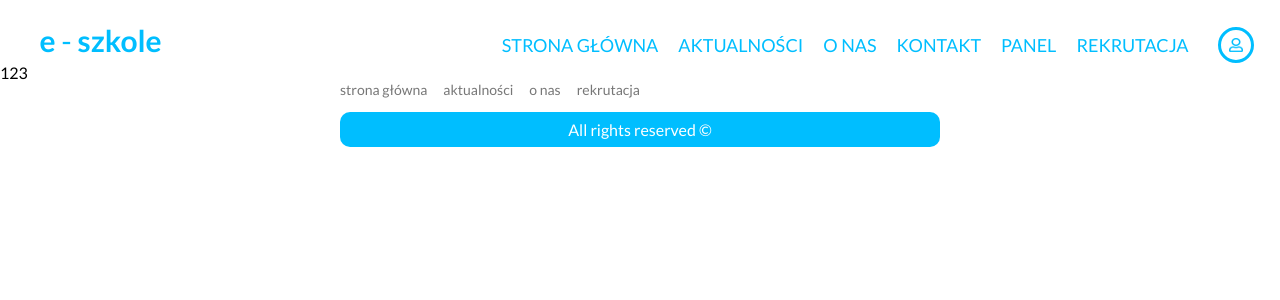
Repository: Votex874/e-szkole
Page: /kontakt (app in app/)
An editor plug-in stored every save of this project. The page is shown before and after a run of saves, followed by the edit.
The browser window is 1280 px wide. The pictures show the whole page.
The project was rebuilt for these pictures with package versions that can differ from the ones it lists, and the page was loaded fresh each time. Also part of the build but not shown: app/src/components/News/Title/index.js, app/src/components/News/Content/index.js, app/src/components/News/Avatar/index.js, app/src/components/News/Footer/index.js, app/src/components/SectionTitle/index.js, app/src/components/News/index.js, app/src/components/AboutUs/Content/index.js, app/src/components/AboutUs/index.js and 9 more.

Above is the page before, as saved 2019-02-25 19:56:33.

### app/src/index.js
import React from 'react';
import ReactDOM from 'react-dom';
import App from './App';
import * as serviceWorker from './serviceWorker';
import { createStore } from 'redux';
import { Provider } from 'react-redux';
import rootReducer from './reducers/rootReducer'

const store = createStore(rootReducer);

ReactDOM.render(<Provider store={store}><App /></Provider>, document.getElementById('root'));

// If you want your app to work offline and load faster, you can change
// unregister() to register() below. Note this comes with some pitfalls.
// Learn more about service workers: http://bit.ly/CRA-PWA
serviceWorker.unregister();

### app/src/App.js
import React, { Component } from 'react';
import { Route, BrowserRouter, Switch } from 'react-router-dom'
import './reset.scss'

import Home from './containers/Home/index'
import Login from './containers/Login/index'
import Contact from './containers/Contact/index'

class App extends Component {
  render() {
    return (
      <BrowserRouter>
        <Switch>
          <Route exact path='/' component={Home} />
          <Route path='/login' component={Login} />
          <Route path='/kontakt' component={Contact} />
        </Switch>
      </BrowserRouter>
    );
  }
}

export default App;

### app/src/reducers/rootReducer.js
const initState = {
  links: {
    home: {
      name: 'strona główna',
      url: '/',
      basic: 'true'
    },
    news: {
      name: 'aktualności',
      url: '/blog',
      basic: 'true'
    },
    about: {
      name: 'o nas',
      url: '/o-nas',
      basic: 'true'
    },
    contact: {
      name: 'kontakt',
      url: '/kontakt',
      basic: 'false'
    },
    panel: {
      name: 'panel',
      url: '/panel',
      basic: 'false'
    },
    recruitment: {
      name: 'rekrutacja',
      url: '/rekrutacja',
      basic: 'true'
    }
  },
  news: {
    1: {
      date: '24 03 2018',
      author: 'Jan Wojnicki',
      title: 'Żegnamy marzanne',
      imageName: 'news01',
      content: 'Lorem ipsum dolor sit amet, consectetur adipiscing elit. Donec sem        metus, convallis non justo ut, pharetra pulvinar justo. Morbi ac tellus           fringilla lorem eleifend convallis non sit amet nulla. Maecenas facilisis magna   at bibendum rutrum. Pellentesque maximus erat sit amet tortor pellentesque        lobortis. Nunc id tortor nibh. Maecenas pellentesque arcu erat, nec imperdiet     est luctus in. Donec congue, enim sit amet elementum tempus, nunc elit vehicula   orci, eu volutpat metus libero eu ligula. Nunc pretium lobortis metus sit amet    luctus. Ut vel felis interdum, facilisis odio in, placerat nunc. Nulla            facilisi. Phasellus bibendum vitae est sit amet vestibulum. Praesent vehicula     nunc malesuada augue gravida gravida. Sed id nisl consectetur, venenatis metus    ut, viverra justo. Sed fringilla ligula non est aliquam, quis ullamcorper mi      malesuada. Vivamus tincidunt luctus quam id porttitor.',
    },
    2: {
      date: '01 06 2018',
      author: 'Sebastian Karolski',
      title: 'Przygotowania do wakacji',
      imageName: 'news02',
      content: 'Lorem ipsum dolor sit amet, consectetur adipiscing elit. Donec sem        metus, convallis non justo ut, pharetra pulvinar justo. Morbi ac tellus           fringilla lorem eleifend convallis non sit amet nulla. Maecenas facilisis magna   at bibendum rutrum. Pellentesque maximus erat sit amet tortor pellentesque        lobortis. Nunc id tortor nibh. Maecenas pellentesque arcu erat, nec imperdiet     est luctus in. Donec congue, enim sit amet elementum tempus, nunc elit vehicula   orci, eu volutpat metus libero eu ligula. Nunc pretium lobortis metus sit amet    luctus. Ut vel felis interdum, facilisis odio in, placerat nunc. Nulla            facilisi. Phasellus bibendum vitae est sit amet vestibulum. Praesent vehicula     nunc malesuada augue gravida gravida. Sed id nisl consectetur, venenatis metus    ut, viverra justo. Sed fringilla ligula non est aliquam, quis ullamcorper mi      malesuada. Vivamus tincidunt luctus quam id porttitor.',
    },
    3: {
      date: '24 03 2018',
      author: 'Jan Wojnicki',
      title: 'Żegnamy marzanne',
      imageName: 'news01',
      content: 'Lorem ipsum dolor sit amet, consectetur adipiscing elit. Donec sem        metus, convallis non justo ut, pharetra pulvinar justo. Morbi ac tellus           fringilla lorem eleifend convallis non sit amet nulla. Maecenas facilisis magna   at bibendum rutrum. Pellentesque maximus erat sit amet tortor pellentesque        lobortis. Nunc id tortor nibh. Maecenas pellentesque arcu erat, nec imperdiet     est luctus in. Donec congue, enim sit amet elementum tempus, nunc elit vehicula   orci, eu volutpat metus libero eu ligula. Nunc pretium lobortis metus sit amet    luctus. Ut vel felis interdum, facilisis odio in, placerat nunc. Nulla            facilisi. Phasellus bibendum vitae est sit amet vestibulum. Praesent vehicula     nunc malesuada augue gravida gravida. Sed id nisl consectetur, venenatis metus    ut, viverra justo. Sed fringilla ligula non est aliquam, quis ullamcorper mi      malesuada. Vivamus tincidunt luctus quam id porttitor.',
    },
    4: {
      date: '24 03 2018',
      author: 'Jan Wojnicki',
      title: 'Żegnamy marzanne',
      imageName: 'news01',
      content: 'Lorem ipsum dolor sit amet, consectetur adipiscing elit. Donec sem        metus, convallis non justo ut, pharetra pulvinar justo. Morbi ac tellus           fringilla lorem eleifend convallis non sit amet nulla. Maecenas facilisis magna   at bibendum rutrum. Pellentesque maximus erat sit amet tortor pellentesque        lobortis. Nunc id tortor nibh. Maecenas pellentesque arcu erat, nec imperdiet     est luctus in. Donec congue, enim sit amet elementum tempus, nunc elit vehicula   orci, eu volutpat metus libero eu ligula. Nunc pretium lobortis metus sit amet    luctus. Ut vel felis interdum, facilisis odio in, placerat nunc. Nulla            facilisi. Phasellus bibendum vitae est sit amet vestibulum. Praesent vehicula     nunc malesuada augue gravida gravida. Sed id nisl consectetur, venenatis metus    ut, viverra justo. Sed fringilla ligula non est aliquam, quis ullamcorper mi      malesuada. Vivamus tincidunt luctus quam id porttitor.',
    },
    5: {
      date: '01 06 2018',
      author: 'Sebastian Karolski',
      title: 'Przygotowania do wakacji',
      imageName: 'news02',
      content: 'Lorem ipsum dolor sit amet, consectetur adipiscing elit. Donec sem        metus, convallis non justo ut, pharetra pulvinar justo. Morbi ac tellus           fringilla lorem eleifend convallis non sit amet nulla. Maecenas facilisis magna   at bibendum rutrum. Pellentesque maximus erat sit amet tortor pellentesque        lobortis. Nunc id tortor nibh. Maecenas pellentesque arcu erat, nec imperdiet     est luctus in. Donec congue, enim sit amet elementum tempus, nunc elit vehicula   orci, eu volutpat metus libero eu ligula. Nunc pretium lobortis metus sit amet    luctus. Ut vel felis interdum, facilisis odio in, placerat nunc. Nulla            facilisi. Phasellus bibendum vitae est sit amet vestibulum. Praesent vehicula     nunc malesuada augue gravida gravida. Sed id nisl consectetur, venenatis metus    ut, viverra justo. Sed fringilla ligula non est aliquam, quis ullamcorper mi      malesuada. Vivamus tincidunt luctus quam id porttitor.',
    }
  },
  list: [
    'Cieszy się dobrym zdrowiem',
    'Zawsze mówi prawdę',
    'Lubi pracę twórczą',
    'Radzi sobie z czynnościami samoobsługowymi',
    'Jest zawsze aktywny',
    'Jest radosny i uśmiechnięty',
    'Jest otwarty na otaczający go świat',
    'To dobry kolega',
    'Niesie pomoc potrzebującym',
    'Rozróźnia dobro od zła',
    'Posiada odpowiednie umiejętności i sprawności do podjęcia nauki w szkole',
  ]
}

const rootReducer = (state = initState, action) => {
  return state
}

export default rootReducer

### app/src/reset.scss
html, body, div, span, applet, object, iframe,
h1, h2, h3, h4, h5, h6, p, blockquote, pre,
a, abbr, acronym, address, big, cite, code,
del, dfn, em, img, ins, kbd, q, s, samp,
small, strike, strong, sub, sup, tt, var,
b, u, i, center,
dl, dt, dd, ol, ul, li,
fieldset, form, label, legend,
table, caption, tbody, tfoot, thead, tr, th, td,
article, aside, canvas, details, embed,
figure, figcaption, footer, header, hgroup,
menu, nav, output, ruby, section, summary,
time, mark, audio, video {
	margin: 0;
	padding: 0;
	border: 0;
	font-size: 100%;
	font: inherit;
	vertical-align: baseline;
}
/* HTML5 display-role reset for older browsers */
article, aside, details, figcaption, figure,
footer, header, hgroup, menu, nav, section {
	display: block;
}
body {
	line-height: 1;
}
ol, ul {
	list-style: none;
}
blockquote, q {
	quotes: none;
}
blockquote:before, blockquote:after,
q:before, q:after {
	content: '';
	content: none;
}
table {
	border-collapse: collapse;
	border-spacing: 0;
}
@import url('https://fonts.googleapis.com/css?family=Lato:300,300i,400,400i,700&amp;subset=latin-ext');

 body {
	font-family: 'Lato', sans-serif;
 }

 a{
	 text-decoration: none;
 }

### app/src/containers/Contact/index.js
import React, { Component } from 'react'
import styled from 'styled-components'

import HeaderMain from '../../components/HeaderMain/index';
import Footer from '../../components/Footer/index'
import Form from '../../components/Form/index'

class Contact extends Component {
  render(){
    return (
      <React.Fragment>
        <HeaderMain />
        <Form />
        <Footer />
      </React.Fragment>
    )
  }
}

export default Contact

### app/src/components/HeaderMain/index.js
import React, { Component } from 'react';
import styled from 'styled-components'
import Logo from '../Logo/index'
import Navigation from '../Nav/index'
import Hamburger from '../Hamburger/index'

const Header = styled.header`
 max-width: 1400px;
 height: 100px;
 margin: 0 auto;
 display: flex;
 justify-content: space-between;
 align-items: center;
 box-sizing: border-box;
 margin-top: 15px;
 @media (max-width: 1400px){
   width: 96%;
   height: 50px;
   align-items: center;
 }
`

class HeaderMain extends Component {
  constructor(props){
    super(props)

    this.state = {
      width: 0
    }
  }

  componentDidMount = () => {
    this.updateWindowDimensions();
    window.addEventListener('resize', this.updateWindowDimensions);
  }

  componentWillUnmount = () => {
    window.removeEventListener('resize', this.updateWindowDimensions);
  }

  updateWindowDimensions = () => {
    this.setState({ width: window.innerWidth });
  }

  render() {
    const { width } = this.state;
    return (
      <Header>
        <Logo />
        { width <= 767 ? <Hamburger /> : <Navigation /> }
      </Header>
    );
  }
}

export default HeaderMain;

### app/src/components/Footer/index.js
import React, { Component } from 'react'
import styled from 'styled-components'
import FooterNav from './FooterNav/index'
import { lightBlue } from '../../constColors'

const FooterContainer = styled.footer`
  width: 600px;
  margin: 0 auto;
  @media (max-width: 767px){
    width: 100%;
  }
`

const FooterBanner = styled.div`
  background-color: ${lightBlue};
  display: flex;
  justify-content: center;
  align-items: center;
  color: #fff;
  margin: 15px auto;
  height: 35px;
  border-radius: 10px;
  @media (max-width: 767px){
    width: 100%;
    border-radius: 0;
  }
`

class Footer extends Component {
  render(){
    return (
      <FooterContainer>
        <FooterNav />
        <FooterBanner>All rights reserved &copy; </FooterBanner>
      </FooterContainer>
    )
  }
}


export default Footer

### app/src/components/Form/index.js
import React, { Component } from 'react'
import styled from 'styled-components'

import Input from './Input/index'

class Form extends Component{
  render(){
    return (
      <React.Fragment>
        <Input/>
      </React.Fragment>
    )
  }
}

export default Form

### app/src/components/Logo/index.js
import React, { Component } from 'react';
import styled from 'styled-components'
import { shineOnHover, lightBlue } from '../../constColors'
import { Link } from 'react-router-dom'

const Alink = styled.span`
  display: flex;
  flex-direction: column;
  justify-content: center;
  align-items: center;
  width: 225px;
  padding: 0 10px;
  text-decoration: none;
  font-size: 50px;
  @media (max-width: 767px) {
    width: 150px;
    height: auto;
    font-size: 28px;
    align-items: flex-start;
    justify-content: flex-start;
    padding: 0;
  }
  @media (min-width: 768px) and (max-width: 1400px) {
    width: 150px;
    font-size: 30px;
    padding: 0;
  }
  @media (min-width: 1401px){
    ${shineOnHover}
  }
`
const Span = styled.h1`
  color: ${lightBlue};
  transition: .2s;
`
const Bold = styled.b`
  font-weight: bold;
`

class Logo extends Component {
  constructor(props){
    super(props)

    this.state = {
      logoLink: '/'
    }
  }
  render() {
    const { logoLink } = this.state;
    return (
      <Link to={logoLink}>
        <Alink>
          <Span id='logo' className="logo2"><Bold>e</Bold> - <Bold>szkole</Bold></Span>
        </Alink>
      </Link>
    );
  }
}

export default Logo;

### app/src/components/Nav/index.js
import React, { Component } from 'react';
import { connect } from 'react-redux'
import styled from 'styled-components'
import SingleLink from './Link/index'
import LoginButton from './../LoginButton/index';


const Nav = styled.nav`
  display: flex;
  margin: 10px 20px 0 auto;
  @media (max-width: 767px){
    flex-direction: column;
    margin: 120px 0 0 0;
  }
`

class Navigation extends Component {

  handleEnableScroll = () => {
    document.querySelector('body').style.overflow = "auto";
  }

  render() {
    const { links } = this.props;
    let listOfLinks = [];
    let i = 0;
    for (const key of Object.keys(links)) {
      // console.log(key, links[key]);
      listOfLinks[i] = <SingleLink onClick={this.handleEnableScroll} data={links[key]} key={key} />
      i++;
    }
    return (
      <React.Fragment>
        <Nav>
          {listOfLinks}
        </Nav>
        <LoginButton />
      </React.Fragment>
    );
  }
}

const mapStateToProps = (state) => {
  return {
    links: state.links
  }
}

export default connect(mapStateToProps)(Navigation);

### app/src/components/Hamburger/index.js
import React, { Component } from 'react';
import styled from 'styled-components'
import hamburgerImg from '../../images/icons/hamburger.png'
import times from '../../images/icons/times.png'
import Navigation from '../Nav/index'

const Hamburger = styled.div`
  width: 40px;
  height: 40px;
`

const HamburgerImg = styled.img`
  width: 100%;
  height: 100%;
  opacity: 1;
  transition: .4s;
  position: relative;
  z-index: 10;
`

const MobileContainer = styled.div`
  position: absolute;
  display: flex;
  flex-direction: column-reverse;
  top: 0;
  left: 0;
  width: 100vw;
  height: 100vh;
  background-color: #fff;
  opacity: .9;
  z-index: 1;
  transition: .3s;
`

class Hambuger extends Component {
  constructor(props){
    super(props)

    this.body = document.querySelector('body');

    this.state = {
      imgAlt: 'hamburgerMenuIcon',
      imgSrc: hamburgerImg,
      fade: 1,
      displayMobile: 'none'
    }
  }

  handleHamburger = () => {
    const { imgSrc } = this.state;
    setTimeout( () => {
      if (imgSrc !== hamburgerImg) {
        this.body.style.overflow = "auto";
        this.setState({
          imgSrc: hamburgerImg,
          displayMobile: 'none',
          fade: 1
        })
      } else {
        this.body.style.overflow = "hidden";
        this.setState({
          imgSrc: times,
          displayMobile: 'block',
          fade: 1
        })
      }
    }, 400)
    this.setState({
      fade: 0
    })
  }

  render() {
    const { imgAlt, imgSrc, fade, displayMobile } = this.state
    return (
      <Hamburger>
        <HamburgerImg style={{opacity: fade}} src={imgSrc} alt={imgAlt} onClick={this.handleHamburger}/>
        <MobileContainer style={{display: displayMobile}}>
          <Navigation />
        </MobileContainer>
      </Hamburger>
    );
  }
}


export default Hambuger;

### app/src/components/Footer/FooterNav/index.js
import React, { Component } from 'react'
import styled from 'styled-components'
import NavLink from './NavLink/index'
import { connect } from 'react-redux'

const NavContainer = styled.nav`
  display: flex;
  justify-content: space-between;
  width: 50%;
  @media (max-width: 767px){
    width: 90%;
    margin: 0 auto;
  }
`

class FooterNav extends Component {
  constructor(props){
    super(props)

    this.state = {
      nav: []
    }
  }
  componentDidMount = () => {
    const { links } = this.props
    let listOfNavs = [];
    let i = 0;
    for (const key of Object.keys(links)) {
      if(links[key].basic === 'true'){
        listOfNavs[i] =
          <NavLink name={links[key].name} url={links[key].url} key={key} />
        i++;
      }
    }
    this.setState({
      nav: listOfNavs
    })
  }

  render(){
    const { nav } = this.state;
    return(
      <NavContainer>
        {nav}
      </NavContainer>
    )
  }
}

const mapStateToProps = (state) => {
  return {
    links: state.links
  }
}

export default connect(mapStateToProps)(FooterNav);

### app/src/constColors.js
const brown = '#BF5000';
const greenDark = '#008723';
const greenLight = '#34BD56';
const lightBlue = '#00BEFF';
const turquoise = '#fff';
const darkBlue = '#0057AE';

const shineOnHover = `
position: relative;
    overflow: hidden;
    display: inline-block;
    border-radius: 5px;
    text-align: center;
    line-height: 50px;

  &:after {
    content: "";
    position: absolute;
    top: -110%;
    left: -210%;
    width: 200%;
    height: 200%;
    opacity: 0;
    /* transform: rotate(30deg); */

    background: rgba(0, 190, 255, 0.13);
    background: linear-gradient(
      to right,
      rgba(0, 190, 255, 0.13) 0%,
      rgba(0, 190, 255, 0.13) 77%,
      rgba(0, 190, 255, 0.5) 92%,
      rgba(0, 190, 255, 0.0) 100%
    );
  }

  &:hover:after {
    opacity: 1;
    top: -30%;
    left: -30%;
    transition-property: left, top, opacity;
    transition-duration: 0.7s, 0.7s, 0.15s;
    transition-timing-function: ease;
  }


  &:active:after {
    opacity: 0;
  }
`

export { brown, greenLight, greenDark, lightBlue, shineOnHover, turquoise, darkBlue }

### app/src/components/Form/Input/index.js
import React, { Component } from 'react'
import styled from 'styled-components'

class Input extends Component {
  render() {
    return (
      123
    )
  }
}

export default Input

### app/src/components/Nav/Link/index.js
import React from 'react';
import styled from 'styled-components'
import { shineOnHover, lightBlue } from '../../../constColors'
import { Link } from 'react-router-dom'

const Alink = styled.span`
  text-decoration: none;
  color: ${lightBlue};
  margin: 10px 0;
  padding: 0 12px;
  font-size: 20px;
  text-transform: uppercase;
  text-align: center;

  @media (max-width: 767px){
    font-size: 24px;
    display: flex;
    justify-content: center;
    align-items: center;
  }
  @media (min-width: 768px) and (max-width: 1050px){
    font-size: 14px;
    margin: 10px 0;
    padding: 4px;
  }
  @media (min-width: 1051px) and (max-width: 1400px){
    font-size: 18px;
    margin: 10px 0;
    padding: 0 10px;
  }
  @media (min-width: 1401px){
    ${shineOnHover}
}
`

const SingleLink = ({ data }) => {
  return (
    <Link to={data.url}>
      <Alink>
        {data.name}
      </Alink>
    </Link>
  )
}

export default SingleLink;

### app/src/components/LoginButton/index.js
import React, { Component } from 'react';
import styled from 'styled-components'
import imgUser from '../../images/icons/loginUser.png'
import { shineOnHover, lightBlue } from '../../constColors'
import { Link } from 'react-router-dom'

const ButtonAlink = styled.span`
  width: 160px;
  height: 30px;
  font-size: 14px;
  text-transform: uppercase;
  font-weight: bold;
  text-decoration: none;
  display: flex;
  justify-content: center;
  align-items: center;
  border-radius: 20px;
  border: 3px solid ${lightBlue};
  margin-top: 10px;
  @media (max-width: 767px){
    position: absolute;
    top: 15px;
    left: 10px;
    width: 220px;
    height: 40px;
    font-size: 24px;
  }
  @media (min-width: 768px) and (max-width: 1400px){
    width: 30px;
  }
  @media (min-width: 1401px){
    ${shineOnHover}
    border-radius: 20px;
    line-height: normal;
    display: flex;
  }
`

const IconImg = styled.img`
  background-position: center;
  background-size: cover;
  background-repeat: no-repeat;
  margin-left: 15px;
  width: 14px;
  height: 14px;
  @media (max-width: 767px){
    width: 26px;
    height: 26px;
  }
  @media (min-width: 768px) and (max-width: 1400px){
    margin-left: 0;
  }
`
const SpanText = styled.span`
  color: ${lightBlue};
  @media (min-width: 768px) and (max-width: 1400px){
    display: none;
  }
`

class LoginButton extends Component {
  constructor(props){
    super(props)

    this.state = {
      loginLink: '/login'
    }
  }

  handleEnableScroll = () => {
    document.querySelector('body').style.overflow = "auto";
  }

  render() {
    const { loginLink } = this.state;
    return (
      <Link onClick={this.handleEnableScroll} to={loginLink} >
        <ButtonAlink>
          <SpanText>zaloguj się</SpanText>
          <IconImg src={imgUser} />
        </ButtonAlink>
      </Link>
    );
  }
}

export default LoginButton;

### app/src/components/Footer/FooterNav/NavLink/index.js
import React from 'react'
import styled from 'styled-components'
import { Link } from 'react-router-dom'

const Alink = styled.span`
  text-decoration: none;
  font-size: 14px;
  color: #777;
  @media (max-width: 767px){
    font-size: 12px;
  }
  @media (min-width: 768px) and (max-width: 1400px){
    font-size: 14px;
  }
`


const NavLink = ({ name, url }) => {
  return (
    <Link to={url}>
      <Alink>{name}</Alink>
    </Link>
  )
}

export default NavLink

Loaded but not shown: app/public/index.html (common file); app/src/serviceWorker.js (common file)

After the next 3 saves:
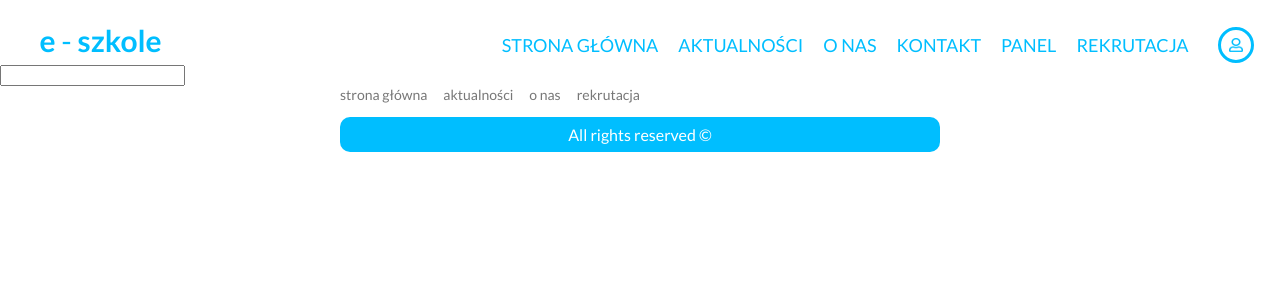
The 3 saves are shown as one change because 1 did not build or start and some came seconds apart.
The last was saved 94 s later.
--- a/app/src/components/Form/Input/index.js
+++ b/app/src/components/Form/Input/index.js
@@ -1,10 +1,20 @@
 import React, { Component } from 'react'
 import styled from 'styled-components'
+
+const LabelElement = styled.label`
+
+`
+
+const InputElement = styled.input`
+
+`
 
 class Input extends Component {
   render() {
     return (
-      123
+      <LabelElement>
+        <InputElement />
+      </LabelElement>
     )
   }
 }
